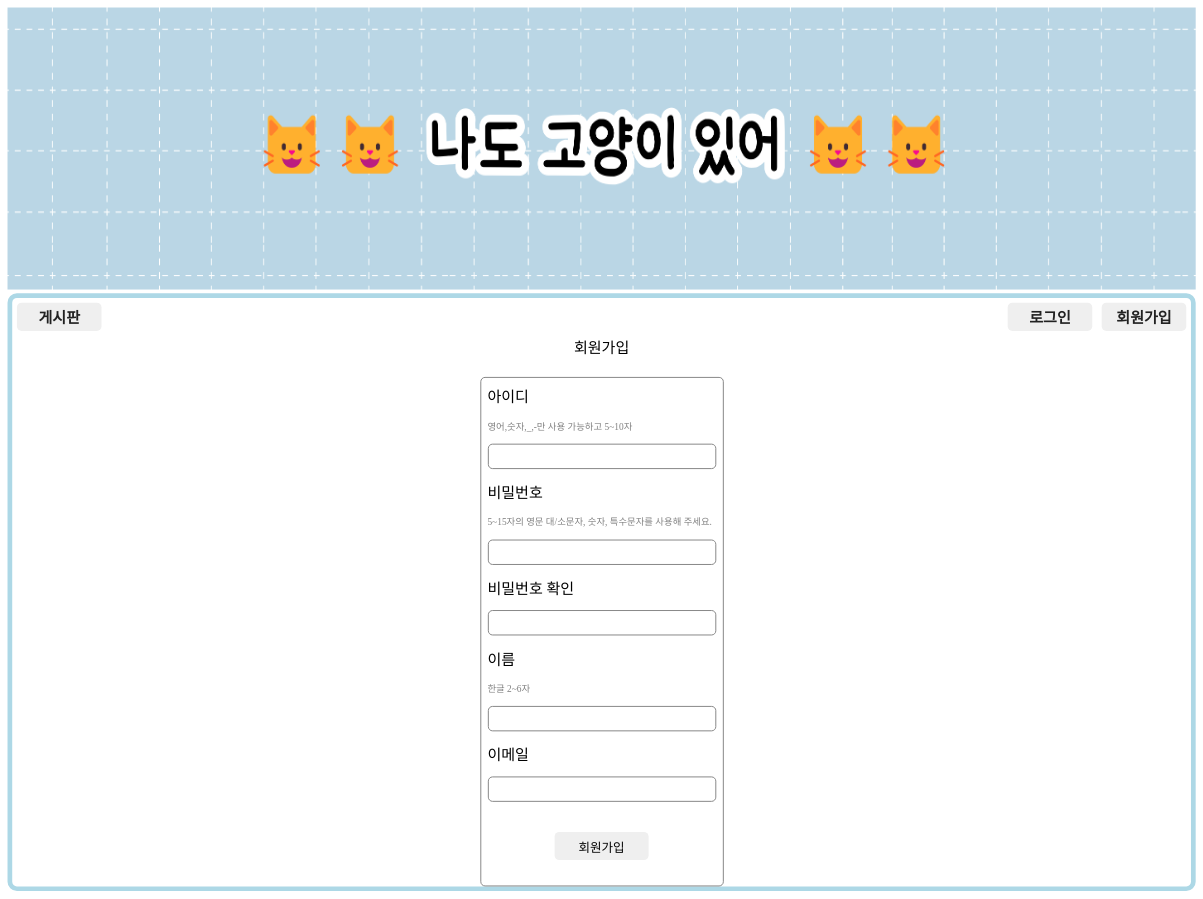
Repository: hh7711/Goit
Page: http://localhost/Goit/WEB-INF/views/signUpPage.jsp
These files come from the project's save history. The page is drawn as it stood at one moment and after the next save; the edit follows.
The browser window is 1280 px wide. The pictures show the whole page, at 94% of full size.
Some web fonts or font styles are not loaded; a fallback is used. The page is served by Tomcat 9. Nobody is signed in. The template is opened directly, without the code that normally fills it, so the values that code supplies are empty.

Above is the page before, as saved 2023-08-03 06:59:13.

After the next save:
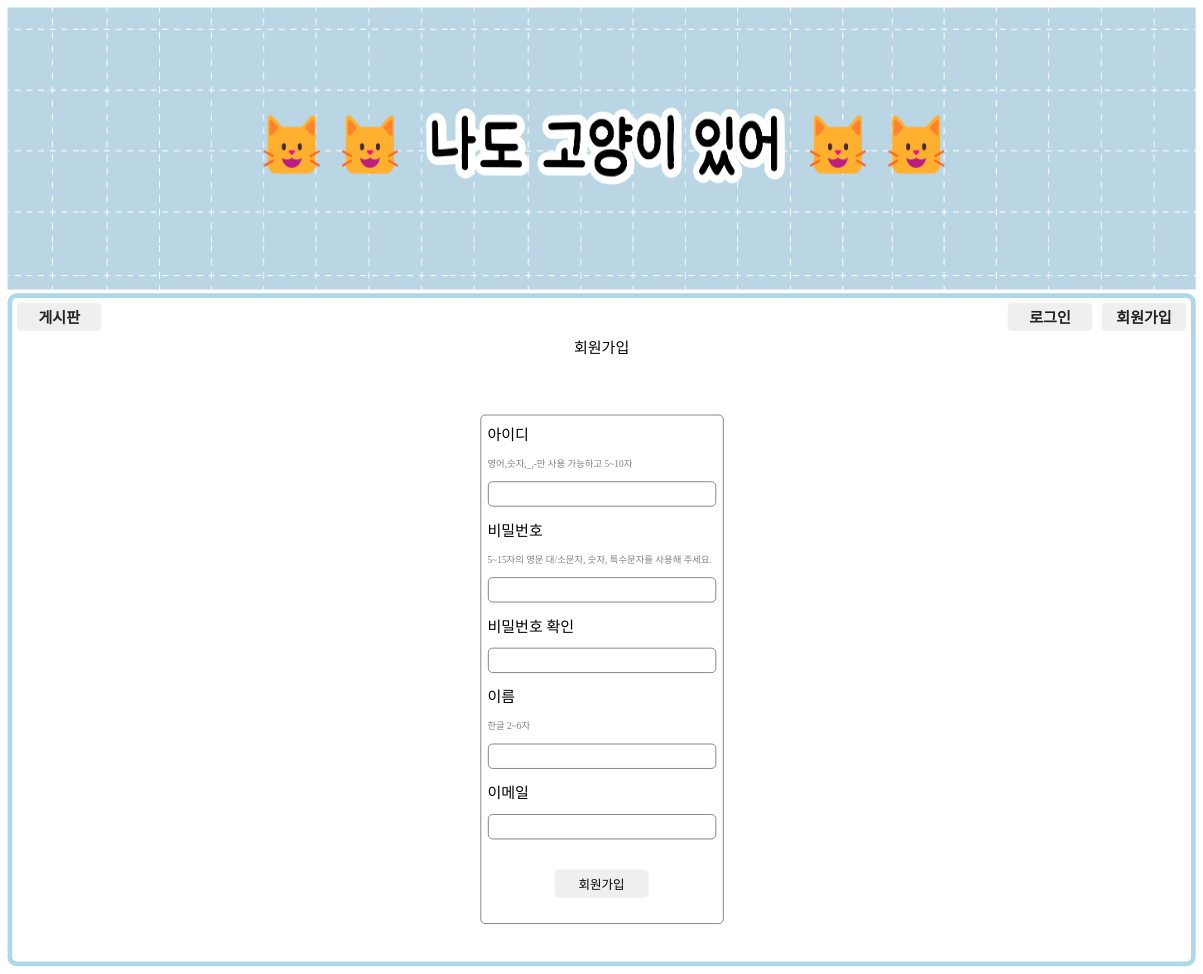
Saved 39 s later.
--- a/Goit/src/main/webapp/WEB-INF/views/signUpPage.jsp
+++ b/Goit/src/main/webapp/WEB-INF/views/signUpPage.jsp
@@ -44,6 +44,7 @@
         }
         table{
             margin-left: auto; margin-right: auto;
+            margin-top: 40px; margin-bottom: 40px;
             border: 0.2px solid gray;
             border-radius: 5px;
             align-content: center;
